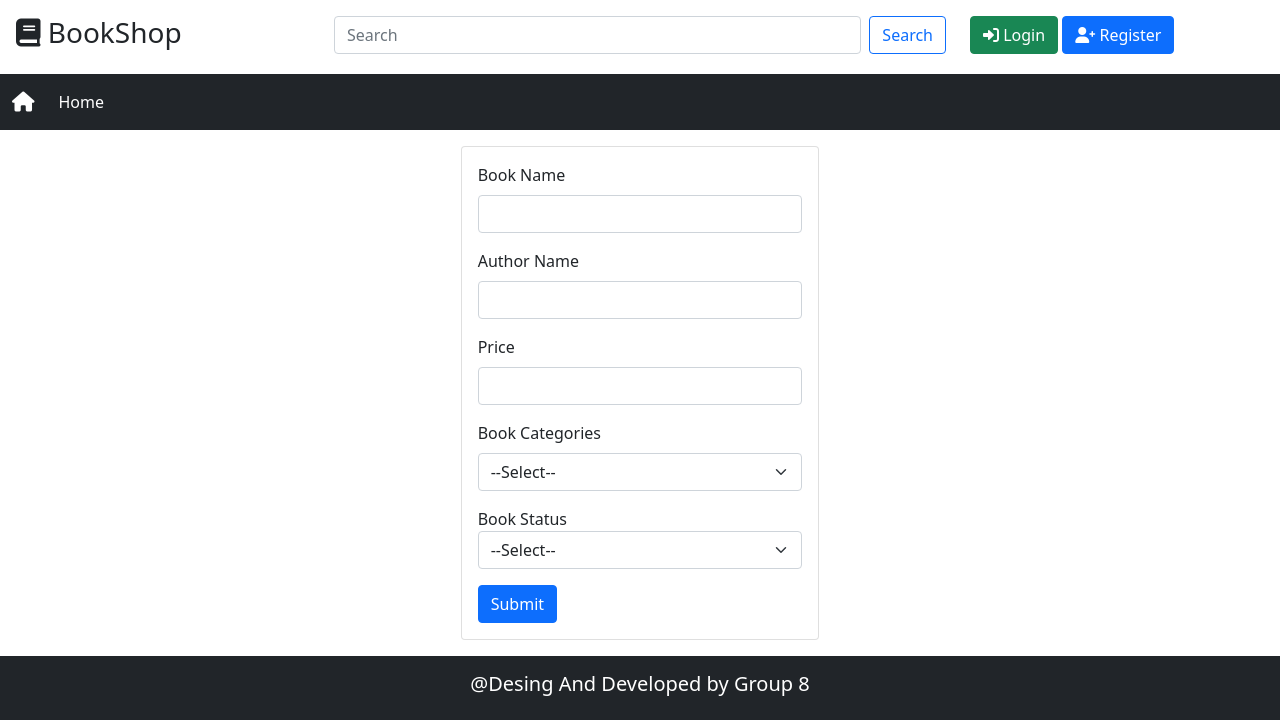
Repository: Abhishekverma23797/BookShopApp
Page: http://localhost/Ebook-App/Admin/add_books.jsp
These files come from the project's save history. The page is drawn as it stood at one moment and after the next save; the edit follows.
The browser window is 1280 px wide. The pictures show the whole page.
The page is served by Tomcat 9. Other server files are loaded and not shown.

Above is the page before, as saved 2021-12-09 09:44:09.

### Ebook-App/src/main/webapp/Admin/add_books.jsp
<%@ page language="java" contentType="text/html; charset=ISO-8859-1"
	pageEncoding="ISO-8859-1"%>
<!DOCTYPE html>
<html>
<head>
<meta charset="ISO-8859-1">
<title>Add Book</title>
<%@include file="AllCss.jsp"%>
</head>
<body>
	<%@include file="navbar.jsp"%>


	<div class="container p-2">
		<div class="row">
			<div class="col-md-4 offset-md-4">
				<div class="card mt-2">

					<div class="card-body">
						<form action="register" method="post">
							<div class="mb-3">
								<label for="exampleInputEmail1" class="form-label">Book
									Name</label> <input type="text" class="form-control"
									id="exampleInputEmail1" aria-describedby="emailHelp"
									required="required" name="bookname">

							</div>
							<div class="mb-3">
								<label for="exampleInputEmail1" class="form-label">Author
									Name</label> <input type="text" class="form-control"
									id="exampleInputEmail1" aria-describedby="emailHelp"
									required="required" name="author">

							</div>
							<div class="mb-3">
								<label for="exampleInputEmail1" class="form-label">Price</label>
								<input type="number" class="form-control"
									id="exampleInputEmail1" aria-describedby="emailHelp"
									required="required" name="price">

							</div>
							<div class="mb-3">
								<label for="exampleInputPassword1" class="form-label">Book
									Categories</label> <select class="form-select"
									aria-label="Default select example">
									<option selected>--Select--</option>
									<option value="New">New Book</option>
								</select>
							</div>
							<div class="mb-3">
								<label class="form-check-label" for="exampleCheck1">Book
									Status</label> <select class="form-select"
									aria-label="Default select example">
									<option selected>--Select--</option>
									<option value="Active">Active</option>
									<option value="Inactive">Inactive</option>

								</select>
							</div>
							<button type="submit" class="btn btn-primary">Submit</button>
						</form>
					</div>
				</div>

			</div>
		</div>
	</div>
		<%@include file="footer.jsp"%>

</body>
</html>

### Ebook-App/src/main/webapp/Admin/AllCss.jsp
<!-- CSS only -->
<link
	href="https://cdn.jsdelivr.net/npm/bootstrap@5.1.3/dist/css/bootstrap.min.css"
	rel="stylesheet"
	integrity="sha384-1BmE4kWBq78iYhFldvKuhfTAU6auU8tT94WrHftjDbrCEXSU1oBoqyl2QvZ6jIW3"
	crossorigin="anonymous">


<!-- JavaScript Bundle with Popper -->
<script
	src="https://cdn.jsdelivr.net/npm/bootstrap@5.1.3/dist/js/bootstrap.bundle.min.js"
	integrity="sha384-ka7Sk0Gln4gmtz2MlQnikT1wXgYsOg+OMhuP+IlRH9sENBO0LRn5q+8nbTov4+1p"
	crossorigin="anonymous"></script>


<link rel="stylesheet"
	href="https://cdnjs.cloudflare.com/ajax/libs/font-awesome/6.0.0-beta3/css/all.min.css"
	integrity="sha512-Fo3rlrZj/k7ujTnHg4CGR2D7kSs0v4LLanw2qksYuRlEzO+tcaEPQogQ0KaoGN26/zrn20ImR1DfuLWnOo7aBA=="
	crossorigin="anonymous" referrerpolicy="no-referrer" />

<link rel="stylesheet" href="style.css">

### Ebook-App/src/main/webapp/Admin/navbar.jsp

<div class="container-fluid p-3">


	<div class="row">

		<div class="col-md-3">

			<h3>

				<i class="fas fa-book"></i> BookShop
			</h3>
		</div>

		<div class="col-md-6">
			<form class="d-flex">
				<input class="form-control me-2 my-lg-0" type="search"
					placeholder="Search" aria-label="Search">
				<button class="btn btn-outline-primary" type="submit">Search</button>
			</form>
		</div>

		<div class="col-md-3">

			<a href="Login.jsp" class="btn btn-success "><i
				class="fas fa-sign-in-alt"></i> Login</a> <a href="Register.jsp"
				class="btn btn-primary"><i class="fas fa-user-plus"></i>
				Register</a>

		</div>

	</div>

</div>
<nav class="navbar navbar-expand-lg navbar-dark bg-dark bg-custom">
	<div class="container-fluid">
		<a class="navbar-brand" href="#"><i class="fas fa-home"></i></a>
		<button class="navbar-toggler" type="button" data-bs-toggle="collapse"
			data-bs-target="#navbarSupportedContent"
			aria-controls="navbarSupportedContent" aria-expanded="false"
			aria-label="Toggle navigation">
			<span class="navbar-toggler-icon"></span>
		</button>
		<div class="collapse navbar-collapse" id="navbarSupportedContent">
			<ul class="navbar-nav me-auto mb-2 mb-lg-0">
				<li class="nav-item"><a class="nav-link active"
					aria-current="page" href="#"> Home</a></li>

				</form>
		</div>
	</div>
</nav>

### Ebook-App/src/main/webapp/Admin/footer.jsp
<div class="conatiner-fluid text-center text-white p-3 mt-2 bg-dark " >

<h5>@Desing And Developed by Group 8</h5>

</div>

### Ebook-App/src/main/webapp/Admin/style.css

.bg-custom{

	background-color: #303f9f;
}

.navbar .nav-item:hover  {

	background-color: black;
	color: blue;
	border-radius: 20px

}

After the next save:
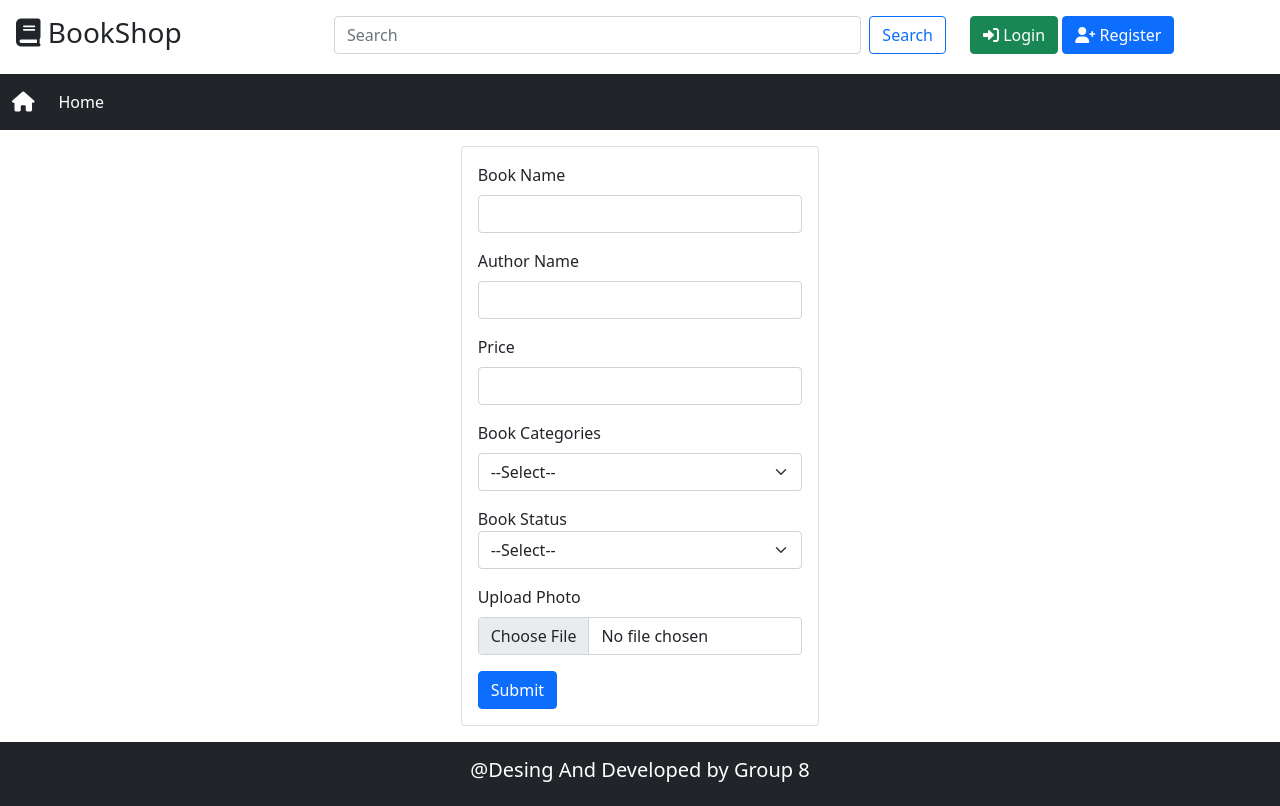
Saved 3 min 52 s later.
--- a/Ebook-App/src/main/webapp/Admin/add_books.jsp
+++ b/Ebook-App/src/main/webapp/Admin/add_books.jsp
@@ -57,6 +57,14 @@
 
 								</select>
 							</div>
+
+								<div class="mb-3">
+								<label for="exampleInputEmail1" class="form-label">Upload Photo</label>
+								<input type="file" class="form-control"
+									id="exampleInputEmail1" aria-describedby="emailHelp"
+									required="required" name="bimg">
+
+							</div>
 							<button type="submit" class="btn btn-primary">Submit</button>
 						</form>
 					</div>
